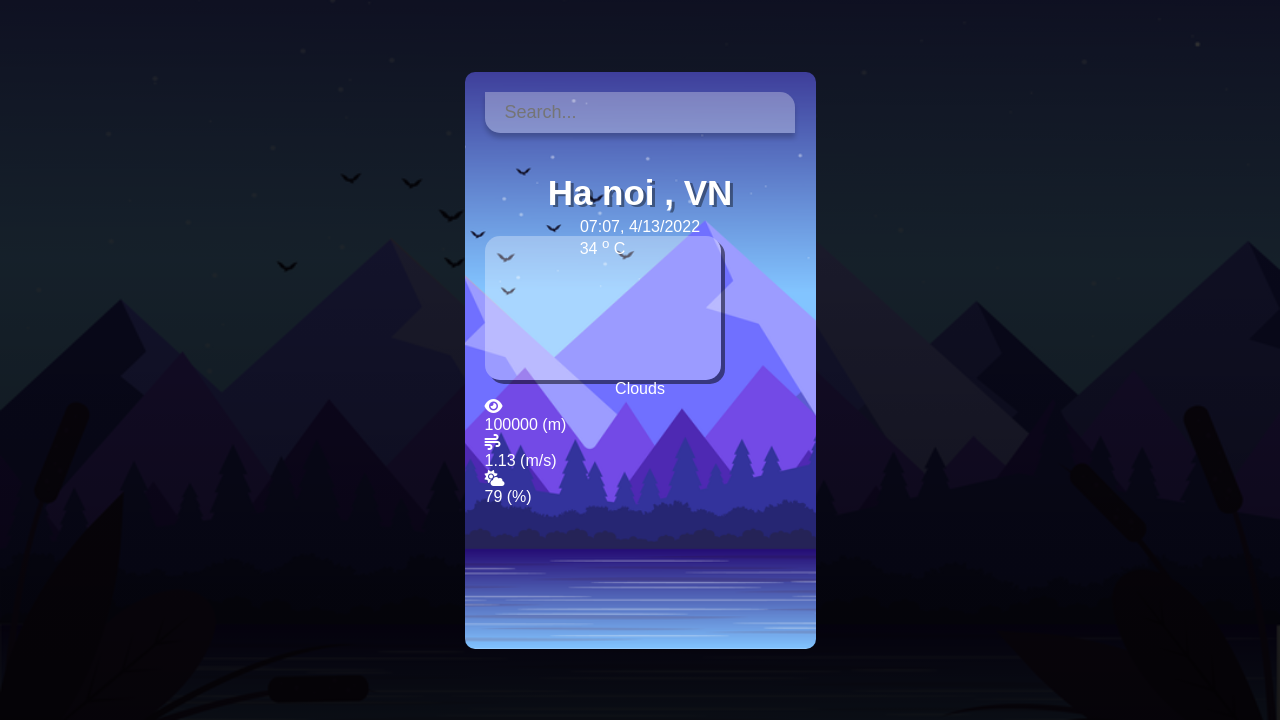
Repository: nganha241/weather-app
Page: index.html
An editor plug-in stored every save of this project. The page is shown before and after the next save, followed by the edit.
The browser window is 1280 px wide. The pictures show the whole page.
Some web libraries are served in a nearby version.

Above is the page before, as saved 2022-04-13 09:40:41.

After the next save:
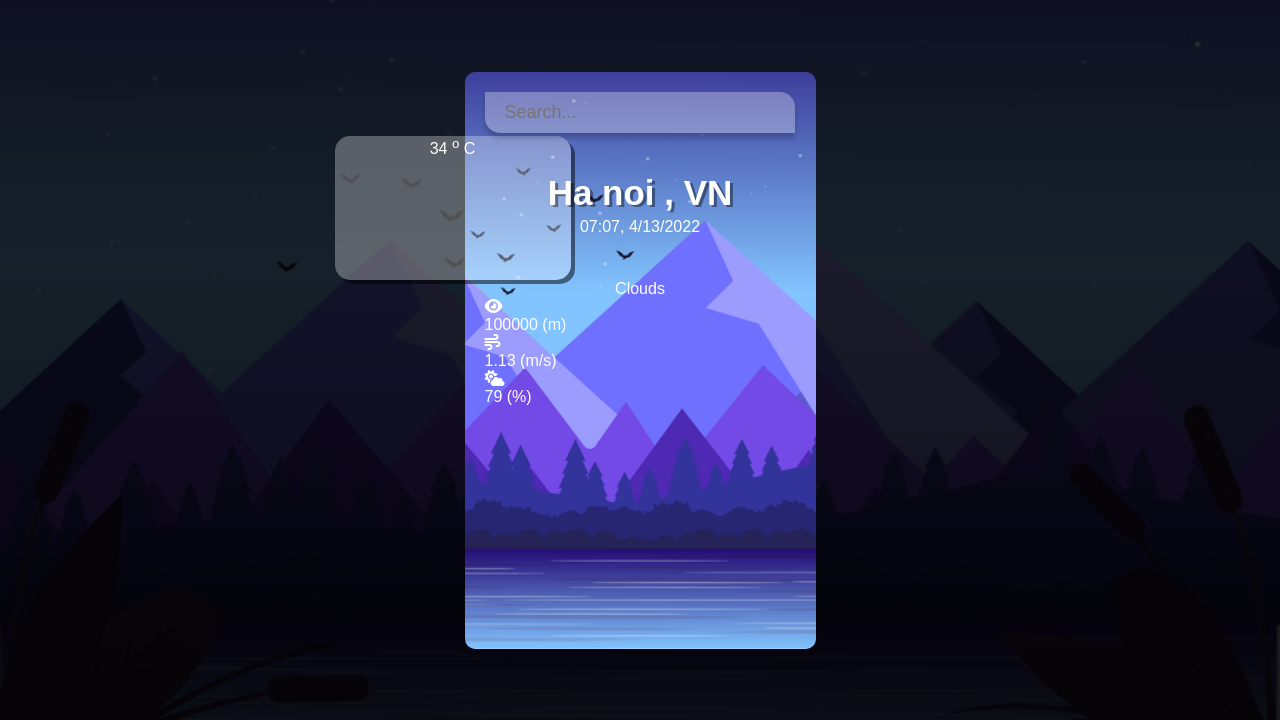
Saved 13 s later.
--- a/style.css
+++ b/style.css
@@ -68,4 +68,6 @@ body {
     transform: translate(-50%, -50%); */
     top: 50%;
     left: 50%;
+    margin-left: -150px;
+margin-top: -100px;
 }
